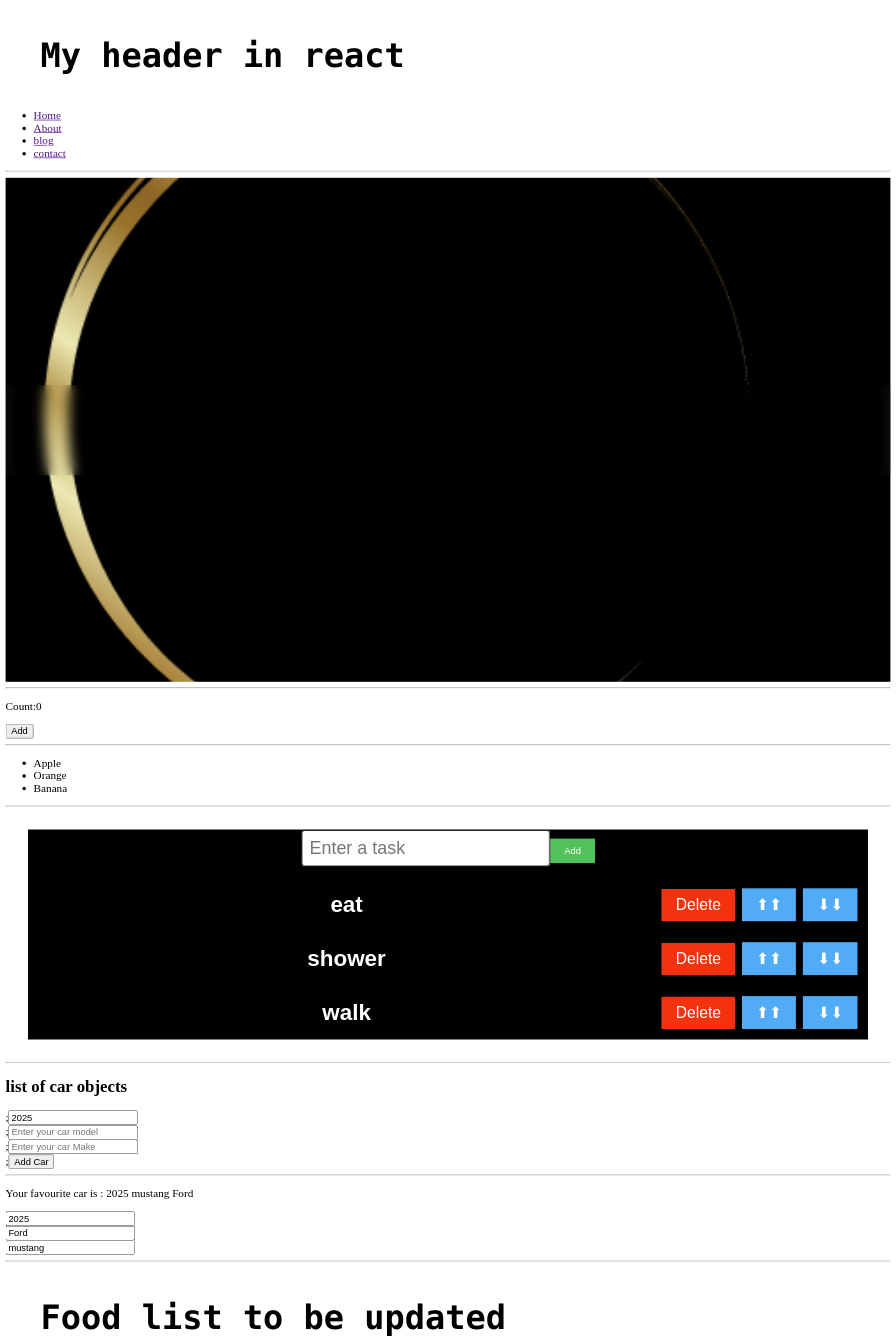
Repository: profbkmurage/reactLearning
Page: /
The author's editor kept a copy of each file at every save. The page is drawn from the files as they stood at one save, then again after the next save.
The browser window is 1280 px wide. The pictures show the part of the page from y = 0 to 1920 px (the page is 6570 px tall), at 70% of full size.
Backgrounds fixed to the window are drawn as part of the page. The project was rebuilt for these pictures with package versions that can differ from the ones it lists, and the page was loaded fresh each time. Also part of the build but not shown: vite.config.js.

Above is the page before, as saved 2025-02-14 10:29:34.

After the next save:
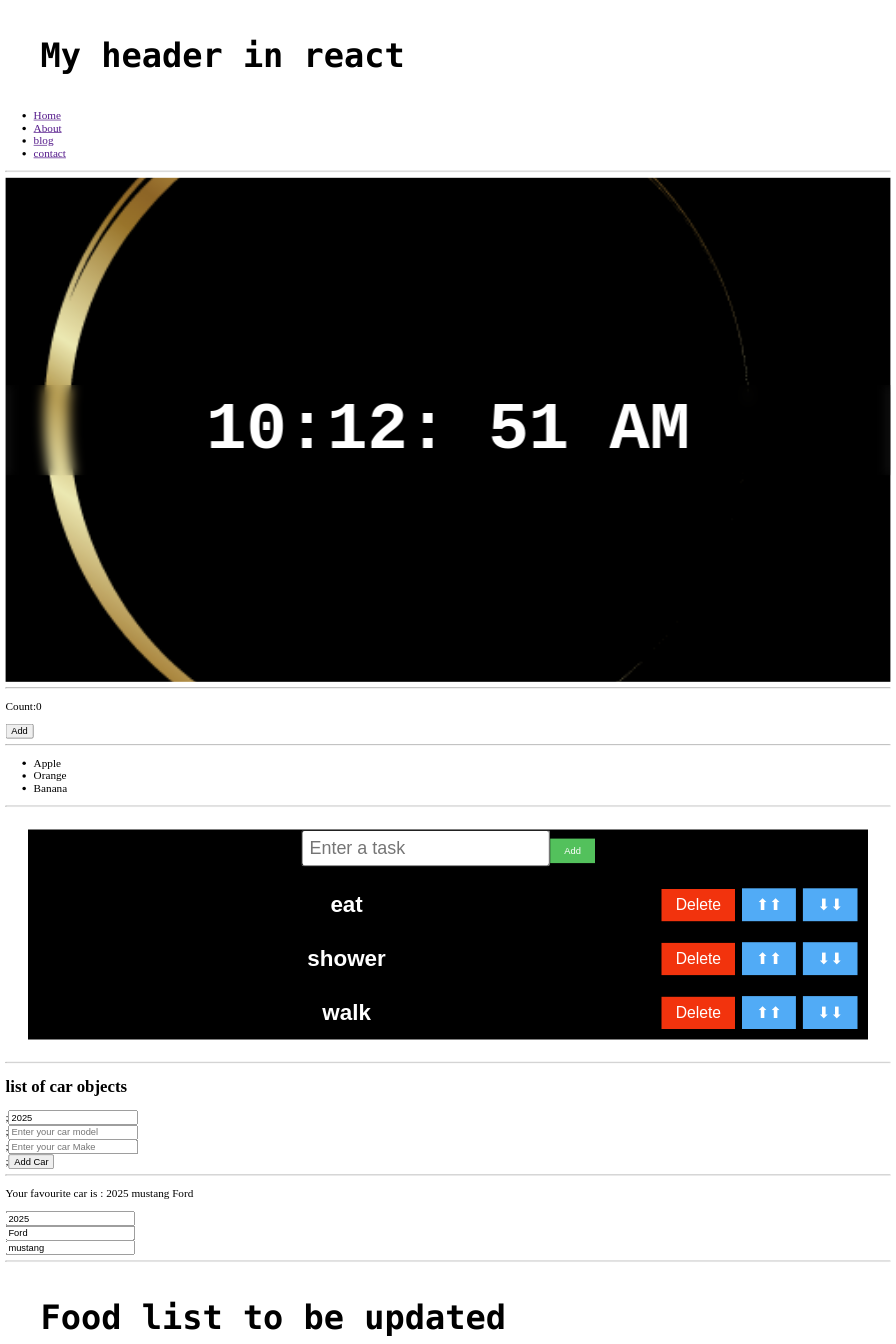
Saved 16 s later.
--- a/src/index.css
+++ b/src/index.css
@@ -233,7 +233,7 @@ width: 100vw;
 padding: 10px 0;
 }
 .clock{
- color: black;
+ color: white;
  font-size: 6rem;
  font-weight: bold;
  font-family: monospace;
